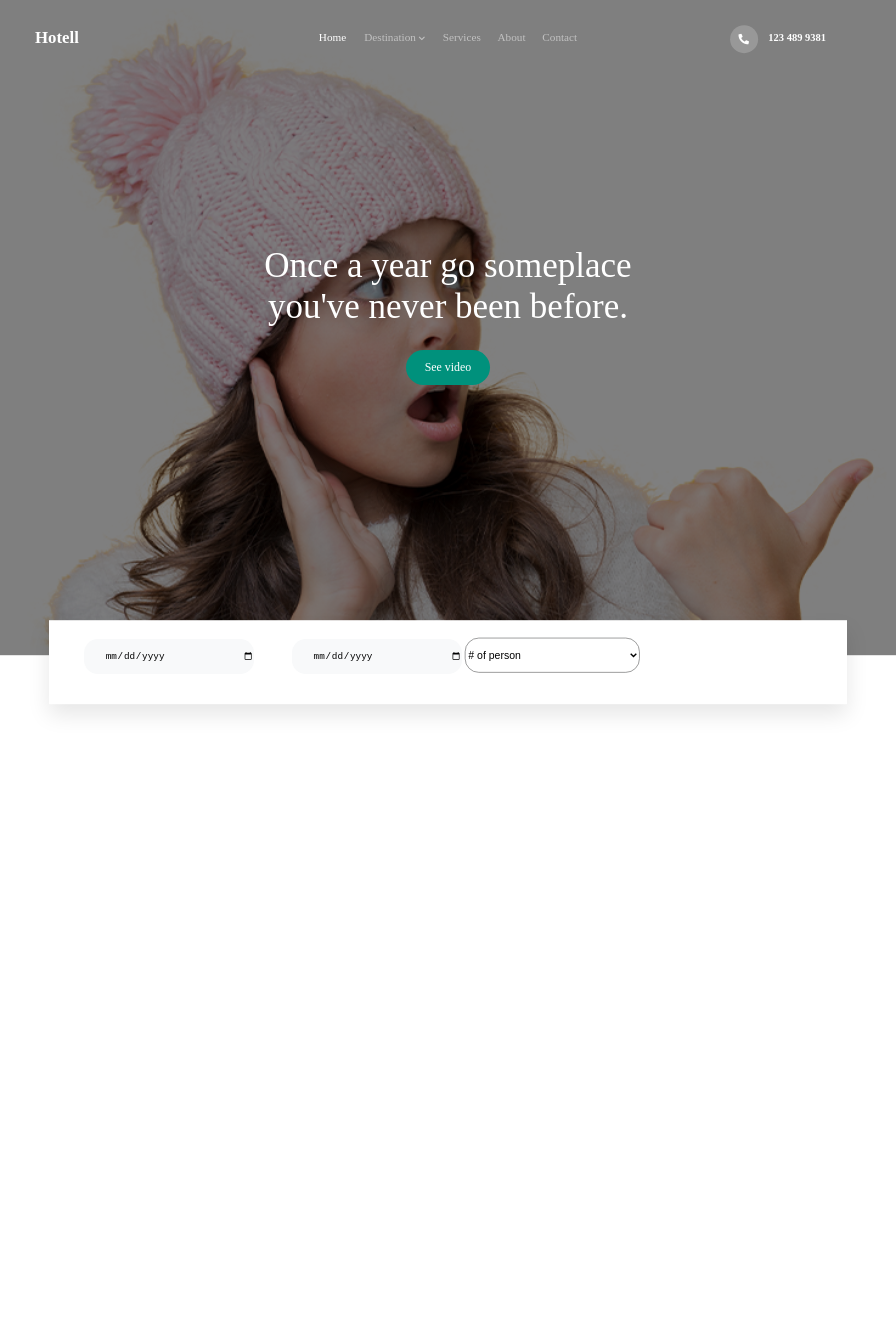
Repository: nhutduy0803/template1
Page: index.html
An editor plug-in stored every save of this project. The page is shown before and after the next save, followed by the edit.
The browser window is 1280 px wide. The pictures show the part of the page from y = 0 to 1920 px (the page is 5000 px tall), at 70% of full size.

Above is the page before, as saved 2021-11-28 12:42:37.

### index.html
<!DOCTYPE html>
<html lang="en">
  <head>
    <meta charset="UTF-8" />
    <meta http-equiv="X-UA-Compatible" content="IE=edge" />
    <meta name="viewport" content="width=device-width, initial-scale=1.0" />
    <title>TEMPLATE</title>
    <link rel="stylesheet" href="./assets/css/style.css" />
    <link
      rel="stylesheet"
      href="./assets/css/font/fontawesome-free-5.15.4-web/css/all.min.css"
    />
  </head>
  <body>
    <div id="main">
      <div class="slider">
        <div class="header">
          <h2>Hotell</h2>
          <div class="nav">
            <ul>
              <li>Home</li>
              <li>
                Destination
                <i class="fas fa-chevron-down"></i>
                <div class="subnav-one">
                  <ul class="sub-nav">
                    <span>Menu one</span>
                    <span>Menu two</span>
                    <span
                      >Dropdown <i class="fas fa-angle-right"></i>
                      <ul class="sub-nav-two">
                        <span>Menu one</span>
                        <span>Menu two</span>
                        <span>Menu three</span>
                      </ul>
                    </span>
                  </ul>
                </div>
              </li>
              <li>Services</li>
              <li>About</li>
              <li>Contact</li>
            </ul>
            <h3><i class="fas fa-phone-alt"></i> 123 489 9381</h3>
            <p>Once a year go someplace <br />you've never been before.</p>
            <a class="seevideo" href="#">See video</a>
          </div>
          <div class="modal-slider">
            <input type="date" name="" id="" />
            <input type="date" />
            <div class="select-person">
              <select id="number-of-person" class="form-control">
                <option value="#of person"># of person</option>
                <option value="0">0</option>
                <option value="1">1</option>
                <option value="2">2</option>
                <option value="3">3</option>
                <option value="4">4</option>
                <option value="5">5</option>
              </select>
            </div>

            <!-- <input type="text" placeholder="# of person" name="" id="" />
            <i class="fas fa-user"></i> -->
          </div>
        </div>
        <!-- <img src="./assets/css/img/slider.webp" alt="" /> -->
      </div>
    </div>
  </body>
</html>

### assets/css/style.css
* {
  margin: 0;
  padding: 0;
  box-sizing: border-box;
}

#main {
  width: 100%;
  height: 5000px;
  background: #fff;
}
.header img {
  width: 100%;
  height: 100%;
}

.header {
  position: relative;
  width: 100%;
  height: 130vh;
  background: linear-gradient(rgba(0, 0, 0, 0.5), rgba(0, 0, 0, 0.5)),
    url("./img/slider.webp") top center / cover no-repeat;
}

.header h3 {
  position: absolute;
  top: 45px;
  right: 100px;
  color: #fff;
  font-size: 15px;
}

.header h2 {
  color: #fff;
  top: 40px;
  position: absolute;
  left: 50px;
}

.nav ul li {
  transition: 0.2s;
  margin: 0 10px;
  display: inline-block;
  color: rgba(221, 221, 221, 0.705);
}

.nav li:hover {
  transition: 0.2s;
  color: #fff;
}

.nav ul li:nth-child(1) {
  color: #fff;
}

.nav {
  padding-top: 45px;
  text-align: center;
}

ul .fa-chevron-down {
  font-size: 10px;
}

.nav ul li:nth-child(2) {
  position: relative;
  transition: 0.3s;
  margin: 0 -35px;
}

.nav ul li:nth-child(2):hover .sub-nav {
  opacity: 1;
  bottom: 10px;
}

.sub-nav {
  border-radius: 10px;
  background: #fff;
  height: 130px;
  width: 180px;
  position: absolute;
  color: #000;
  opacity: 0;
  transition: 0.3s;
  bottom: 0;
}

.subnav-one {
  position: relative;
  height: 150px;
  width: 180px;
}

.sub-nav span {
  padding-right: 70px;
  padding-top: 20px;
  display: block;
}

.sub-nav span:hover {
  color: #00917c;
  transition: 0.2s;
}

.sub-nav span .fa-angle-right {
  position: absolute;
  right: 20px;
}

.sub-nav span:nth-child(3) {
  position: relative;
}

.sub-nav span:nth-child(3):hover .sub-nav-two {
  opacity: 1;
  margin-top: -25px;
}

.sub-nav-two {
  margin-top: 0px;
  margin-left: 180px;
  background: #fff;
  height: 130px;
  width: 180px;
  position: absolute;
  border-radius: 10px;
  color: #000;
  opacity: 0;
  transition: 0.3s;
}

.fa-phone-alt {
  position: absolute;
  left: -55px;
  top: -9px;
  background: rgba(255, 255, 255, 0.2);
  border-radius: 50%;
  height: 40px;
  width: 40px;
  padding-top: 13px;
  color: #fff;
  transition: 0.2s;
  font-size: 15px;
}

.fa-phone-alt:hover {
  border: 2px solid #fff;
  transition: 0.2s;
}

.header p {
  transform: translate(-50%);
  left: 50%;
  color: #fff;
  position: absolute;
  top: 350px;
  font-size: 50px;
}

.seevideo {
  position: absolute;
  top: 500px;
  left: 50%;
  transform: translate(-50%);
  width: 120px;
  height: 50px;
  background: #00917c;
  color: #fff;
  border-radius: 25px;
  display: flex;
  justify-content: center;
  align-items: center;
  text-decoration: none;
  font-size: 17px;
}

.modal-slider {
  width: 1140px;
  height: 120px;
  background: #fff;
  position: absolute;
  bottom: -70px;
  left: 50%;
  transform: translate(-50%);
  box-shadow: 0 15px 30px 0 rgb(0 0 0 / 10%);
}

.modal-slider input {
  margin-top: 27px;
  margin-left: 50px;
  border-radius: 20px;
  background: #f8f9fa;
  padding-left: 30px;
  border: none;
  height: 50px;
  width: 243px;
}

.modal-slider ::-webkit-input-placeholder {
  color: rgba(0, 0, 0, 0.726);
  font-size: 15px;
}

.modal-slider .fa-calendar-alt {
  margin-left: -30px;
}

.date {
  position: absolute;
  top: 0px;
  width: 200px;
  height: 300px;
  background: #fff;
  z-index: 1;
  margin-left: -50px;
}

.select-person {
  background: #f8f9fa;
  border-radius: 20px;
  height: 50px;
  width: 250px;
  display: inline-block;
  color: #000;
}

.form-control {
  border-radius: 20px;
  background: #fff;
  height: 50px;
  width: 250px;
  color: #000;
  font-size: 15px;
}

Loaded but not shown: assets/css/font/fontawesome-free-5.15.4-web/css/all.min.css (library)

After the next save:
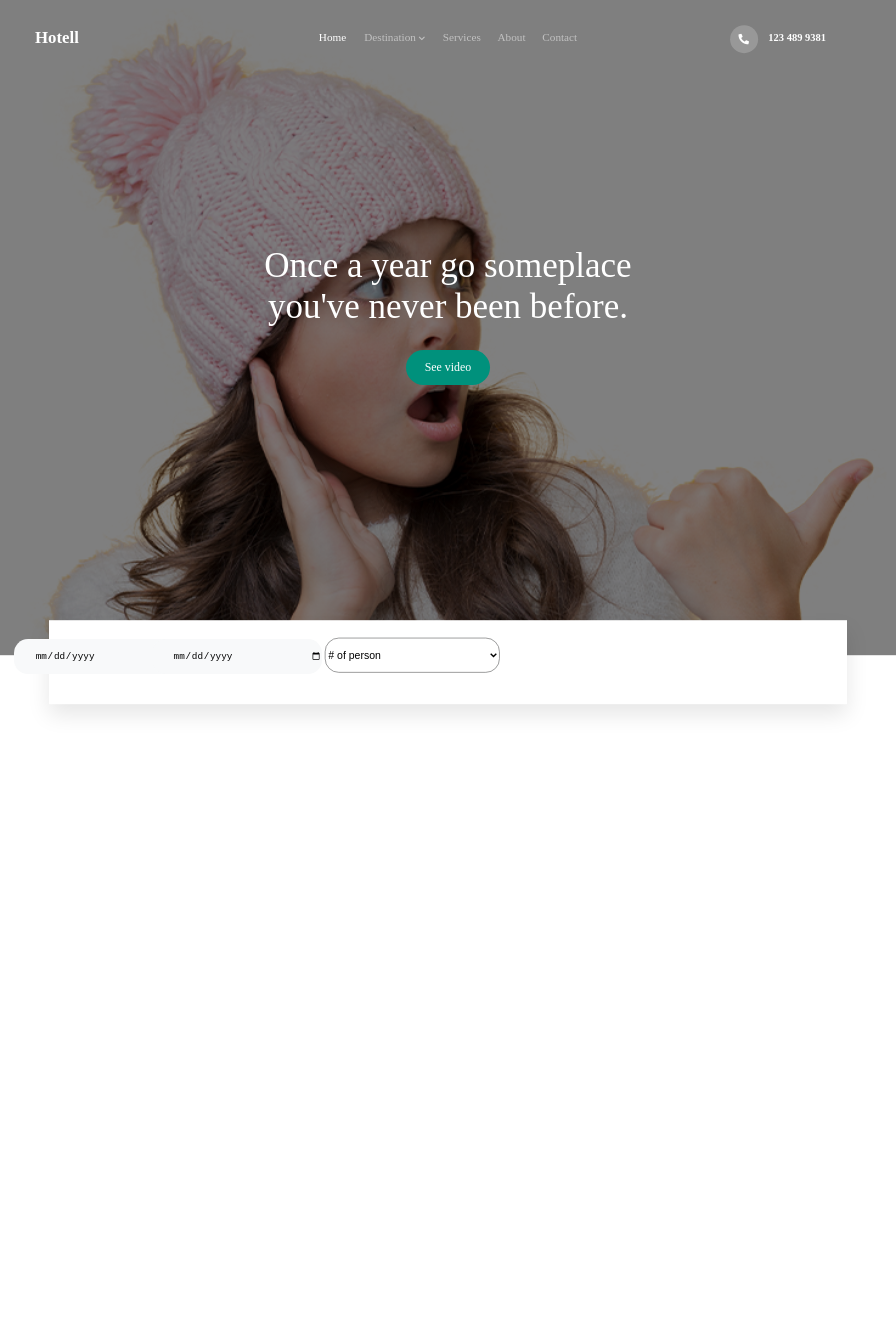
Saved 41 s later.
--- a/assets/css/style.css
+++ b/assets/css/style.css
@@ -205,6 +205,10 @@ ul .fa-chevron-down {
   margin-left: -30px;
 }
 
+.modal-slider input {
+  margin-left: -50px;
+}
+
 .date {
   position: absolute;
   top: 0px;
@@ -212,7 +216,6 @@ ul .fa-chevron-down {
   height: 300px;
   background: #fff;
   z-index: 1;
-  margin-left: -50px;
 }
 
 .select-person {
